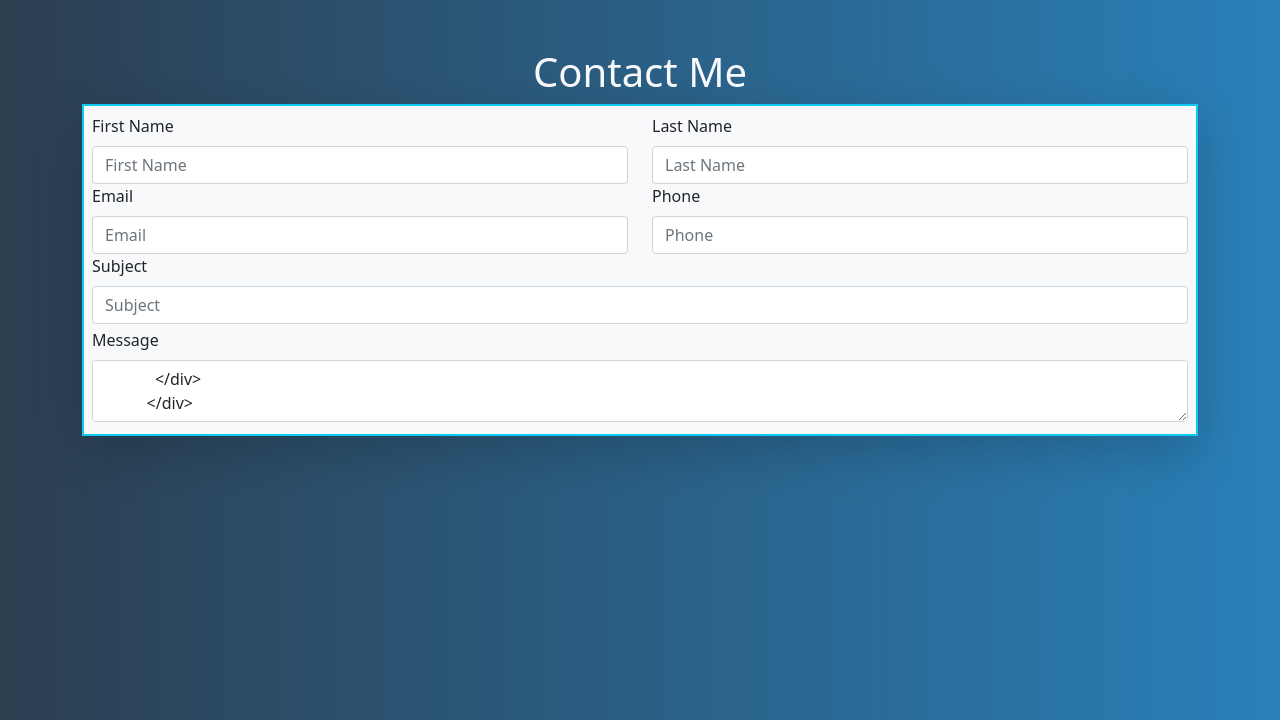
Repository: norman0286/formContactMe
Page: contactForm.html
These files come from the project's save history. The page is drawn as it stood at one moment and after the next save; the edit follows.
The browser window is 1280 px wide. The pictures show the whole page.

Above is the page before, as saved 2023-04-20 09:08:19.

After the next save:
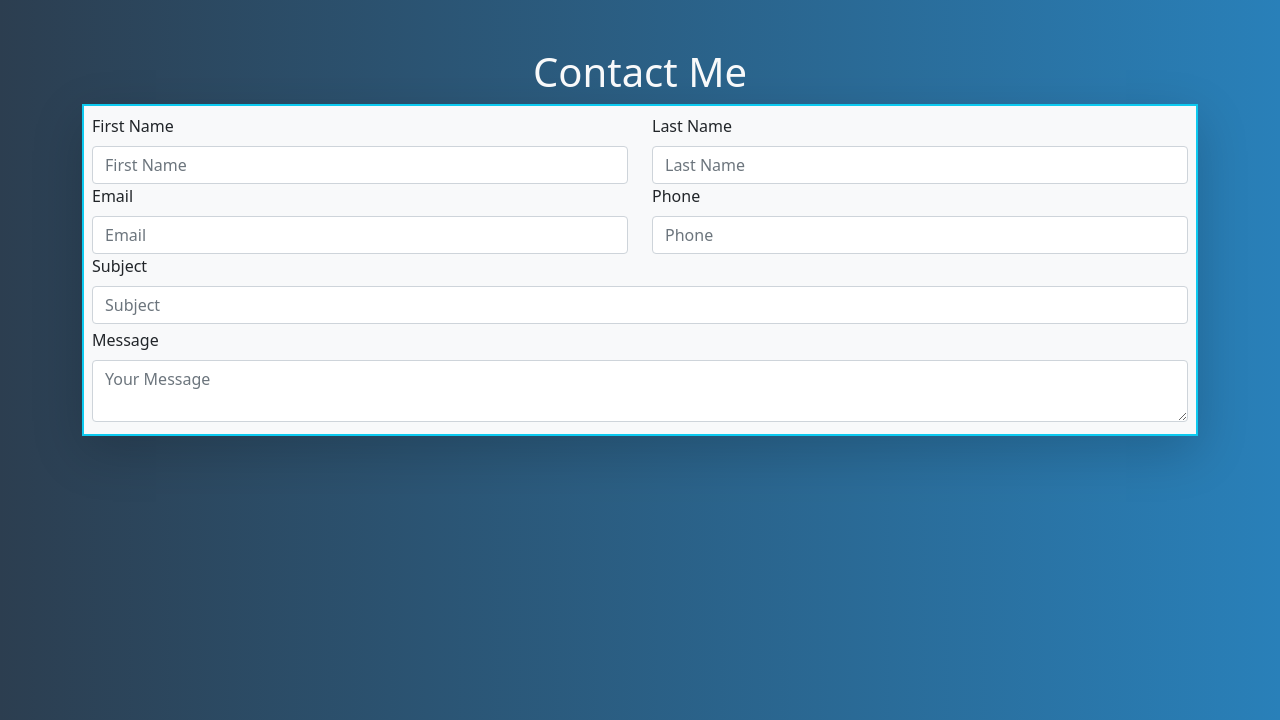
Saved 4 min 54 s later.
--- a/contactForm.html
+++ b/contactForm.html
@@ -94,7 +94,7 @@
                 placeholder="Your Message"
                 aria-label="Your Message"
                 required
-              />
+              ></textarea>
             </div>
           </div>
         </form>
